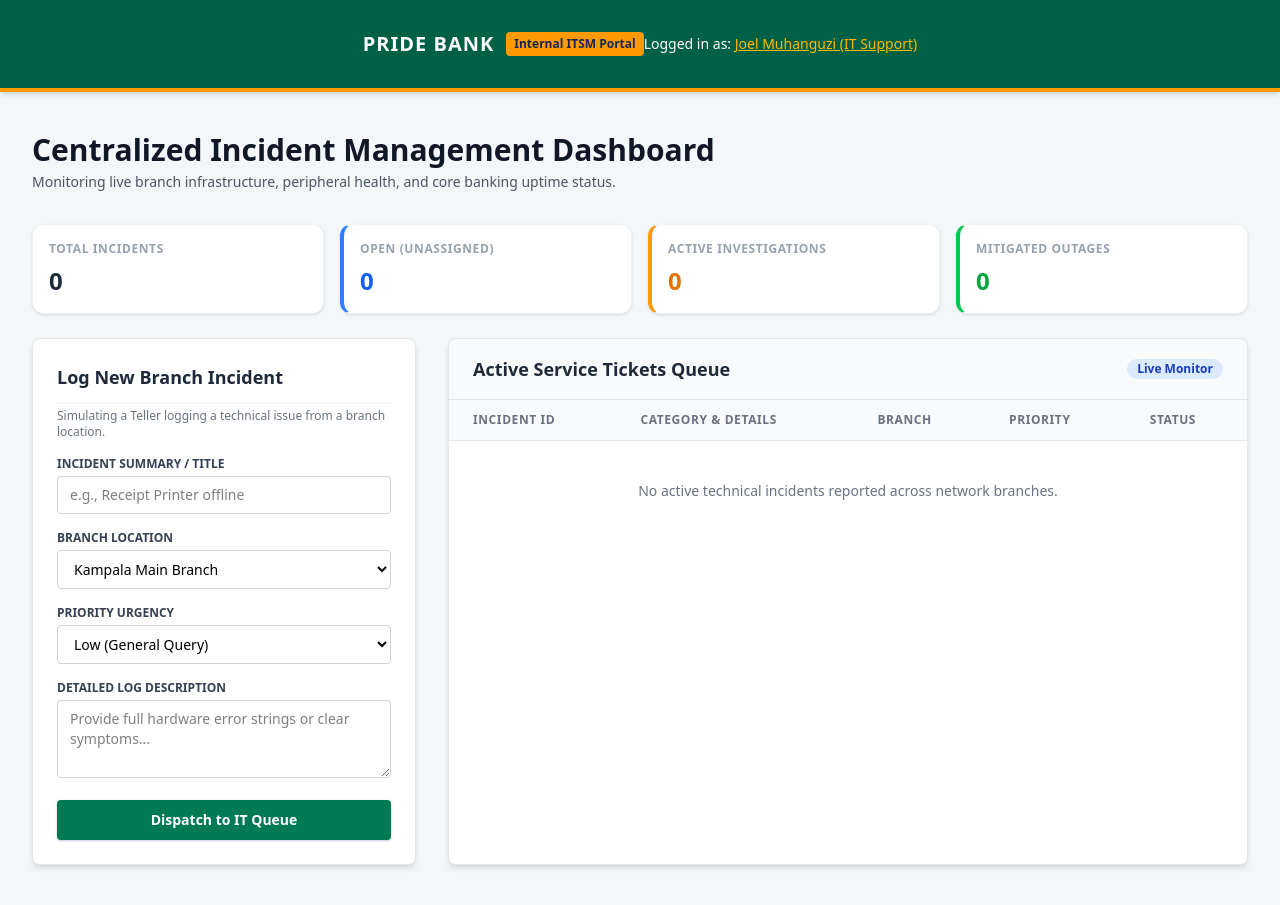
Repository: JOELAGABA/Ticket-reporting-system-for-bank-IT-support-environment-
Page: http://localhost/dashboard
The author's editor kept a copy of each file at every save. The page is drawn from the files as they stood at one save, then again after the next save.
The browser window is 1280 px wide. The pictures show the whole page.
The page is served by the project's Laravel application, run on PHP 8.4 with Laravel 12. Other server files are loaded and not shown. Queries for data that is not in the repository find no rows.

Above is the page before, as saved 2026-07-13 10:38:33.

### routes/web.php
<?php

use Illuminate\Support\Facades\Route;
use App\Http\Controllers\TicketController;

Route::get('/', function () {
    return view('welcome');
});

// The main IT dashboard view route
Route::get('/dashboard', [TicketController::class, 'index'])->name('dashboard');
// Route for submitting a new IT incident ticket
Route::post('/tickets', [TicketController::class, 'store'])->name('tickets.store');
// Route for updating an incident's operational status inline
Route::patch('/tickets/{ticket}/status', [TicketController::class, 'updateStatus'])->name('tickets.updateStatus');

### app/Http/Controllers/TicketController.php
<?php

namespace App\Http\Controllers;

use App\Models\Ticket;
use App\Models\User;
use Illuminate\Http\Request;

class TicketController extends Controller
{
    /**
     * Display the IT Support Dashboard.
     */
    /**
     * Display the IT Support Dashboard with real-time metrics counters.
     */
    public function index()
    {
        // 1. Fetch all tickets
        $tickets = Ticket::with(['creator', 'assignee'])->orderBy('priority', 'desc')->get();

        // 2. Compute dynamic operational metrics
        $metrics = [
            'total'       => $tickets->count(),
            'open'        => $tickets->where('status', 'Open')->count(),
            'in_progress' => $tickets->where('status', 'In Progress')->count(),
            'resolved'    => $tickets->where('status', 'Resolved')->count(),
        ];

        return view('dashboard', compact('tickets', 'metrics'));
    }

    /**
     * Store a newly created incident ticket in the database.
     */
    public function store(Request $request)
    {
        // 1. Validate the incoming form data
        $validated = $request->validate([
            'title' => 'required|string|max:255',
            'description' => 'required|string',
            'branch_location' => 'required|string|max:255',
            'priority' => 'required|in:Low,Medium,High,Critical',
        ]);

        // 2. Mock the currently logged-in creator for the prototype.
        // We will default this to Sarah (the Teller user we seeded) to simulate a branch reporting it.
        $teller = User::where('role', 'Teller')->first();

        // 3. Create the ticket record
        Ticket::create([
            'title' => $validated['title'],
            'description' => $validated['description'],
            'branch_location' => $validated['branch_location'],
            'priority' => $validated['priority'],
            'status' => 'Open',
            'category' => 'Hardware Outage',
            'user_id' => $teller ? $teller->id : 1,
            'assigned_to' => null,
        ]);

        // 4. Redirect back to the dashboard with a success banner notice
        return redirect()->route('dashboard')->with('success', 'Incident ticket logged successfully into central systems!');
    }

    /**
     * Update the operational status of an existing incident ticket inline.
     */
    public function updateStatus(Request $request, Ticket $ticket)
    {
        // 1. Validate that the incoming status is one of our allowed lifecycle steps
        $validated = $request->validate([
            'status' => 'required|in:Open,In Progress,Resolved',
        ]);

        // 2. If the ticket is being worked on or resolved, assign it to the IT technician.
        // We will default this to the IT Support user for simulation purposes.
        if ($validated['status'] !== 'Open' && !$ticket->assigned_to) {
            $itStaff = User::where('role', 'IT Support')->first();
            $ticket->assigned_to = $itStaff ? $itStaff->id : null;
        } elseif ($validated['status'] === 'Open') {
            // If flipped back to open, clear the assignee
            $ticket->assigned_to = null;
        }

        // 3. Save the status change
        $ticket->update([
            'status' => $validated['status']
        ]);

        // 4. Redirect back to monitor view with a notification
        return redirect()->route('dashboard')->with('success', "Ticket #INC-" . str_pad($ticket->id, 4, '0', STR_PAD_LEFT) . " lifecycle status modified!");
    }
}

### app/Models/ticket.php
<?php

namespace App\Models;

use Illuminate\Database\Eloquent\Factories\HasFactory;
use Illuminate\Database\Eloquent\Model;
use Illuminate\Database\Eloquent\Relations\BelongsTo;
use Illuminate\Database\Eloquent\Relations\HasMany;

class Ticket extends Model
{
    use HasFactory;

    protected $fillable = [
        'title', 'description', 'category', 'priority', 'status', 'branch_location', 'user_id', 'assigned_to'
    ];

    // The Teller who created the ticket
    public function creator(): BelongsTo
    {
        return $this->belongsTo(User::class, 'user_id');
    }

    // The IT Support Staff assigned to it
    public function assignee(): BelongsTo
    {
        return $this->belongsTo(User::class, 'assigned_to');
    }

    // The comments attached to this ticket
    public function comments(): HasMany
    {
        return $this->hasMany(TicketComment::class);
    }
}

### resources/views/dashboard.blade.php
<!DOCTYPE html>
<html lang="en">
<head>
    <meta charset="UTF-8">
    <meta name="viewport" content="width=device-width, initial-scale=1.0">
    <title>Pride Bank - Internal IT Support Portal</title>
    <script src="https://cdn.jsdelivr.net/npm/@tailwindcss/browser@4"></script>
</head>
<body class="bg-slate-100/80 font-sans antialiased min-h-screen">

    <!-- Top Navigation Bar -->
    <nav class="bg-emerald-800 border-b-4 border-amber-500 text-white px-6 py-3 shadow-md flex justify-between items-center">
        <div class="max-w-7xl mx-auto px-4 sm:px-6 lg:px-8">
            <div class="flex items-center justify-between h-16">
                <div class="flex items-center">
                    <span class="text-xl font-bold tracking-wider">PRIDE BANK</span>
                    <span class="ml-3 px-2 py-1 text-xs bg-amber-500 text-blue-950 font-semibold rounded">Internal ITSM Portal</span>
                </div>
                <div class="text-sm font-medium">
                    Logged in as: <span class="underline text-amber-400">Joel Muhanguzi (IT Support)</span>
                </div>
            </div>
        </div>
    </nav>

    <!-- Main Content Layout -->
    <main class="max-w-7xl mx-auto py-10 px-4 sm:px-6 lg:px-8">

        <!-- Welcome Header -->
        <div class="mb-8">
            <h1 class="text-3xl font-bold text-gray-900">Centralized Incident Management Dashboard</h1>
            <p class="text-sm text-gray-600 mt-1">Monitoring live branch infrastructure, peripheral health, and core banking uptime status.</p>
        </div>

        <!-- System Success Alerts -->
        @if(session('success'))
            <div class="mb-6 p-4 bg-green-100 border-l-4 border-green-500 text-green-700 rounded shadow-sm text-sm font-medium">
                {{ session('success') }}
            </div>
        @endif

        <!-- Real-Time Infrastructure Health Metrics Grid -->
<div class="grid grid-cols-1 md:grid-cols-4 gap-4 mb-6">
    <!-- Total Tickets -->
    <div class="bg-white p-4 rounded-xl border border-gray-100 shadow-sm flex flex-col justify-between">
        <span class="text-xs font-semibold text-gray-400 uppercase tracking-wider">Total Incidents</span>
        <span class="text-2xl font-bold text-gray-800 mt-2">{{ $metrics['total'] }}</span>
    </div>

    <!-- Open Tickets -->
    <div class="bg-white p-4 rounded-xl border border-l-4 border-l-blue-500 border-gray-100 shadow-sm flex flex-col justify-between">
        <span class="text-xs font-semibold text-gray-400 uppercase tracking-wider">Open (Unassigned)</span>
        <span class="text-2xl font-bold text-blue-600 mt-2">{{ $metrics['open'] }}</span>
    </div>

    <!-- In Progress Tickets -->
    <div class="bg-white p-4 rounded-xl border border-l-4 border-l-amber-500 border-gray-100 shadow-sm flex flex-col justify-between">
        <span class="text-xs font-semibold text-gray-400 uppercase tracking-wider">Active Investigations</span>
        <span class="text-2xl font-bold text-amber-600 mt-2">{{ $metrics['in_progress'] }}</span>
    </div>

    <!-- Resolved Tickets -->
    <div class="bg-white p-4 rounded-xl border border-l-4 border-l-green-500 border-gray-100 shadow-sm flex flex-col justify-between">
        <span class="text-xs font-semibold text-gray-400 uppercase tracking-wider">Mitigated Outages</span>
        <span class="text-2xl font-bold text-green-600 mt-2">{{ $metrics['resolved'] }}</span>
    </div>
</div>

        <!-- Grid Layout for Form & Live Monitor -->
        <div class="grid grid-cols-1 lg:grid-cols-3 gap-8">

            <!-- Left Side: Incident Reporting Form Card -->
            <div class="bg-white shadow-md rounded-lg border border-gray-200 p-6 h-fit">
                <h2 class="text-lg font-bold text-gray-800 mb-1 border-b border-gray-100 pb-3">Log New Branch Incident</h2>
                <p class="text-xs text-gray-500 mb-4">Simulating a Teller logging a technical issue from a branch location.</p>

                <form action="{{ route('tickets.store') }}" method="POST" class="space-y-4">
                    @csrf
                    <div>
                        <label class="block text-xs font-semibold text-gray-700 uppercase mb-1">Incident Summary / Title</label>
                        <input type="text" name="title" placeholder="e.g., Receipt Printer offline" required
                            class="w-full text-sm border border-gray-300 rounded px-3 py-2 focus:outline-none focus:border-blue-500">
                    </div>

                    <div>
                        <label class="block text-xs font-semibold text-gray-700 uppercase mb-1">Branch Location</label>
                        <select name="branch_location" required class="w-full text-sm border border-gray-300 rounded px-3 py-2 focus:outline-none focus:border-blue-500">
                            <option value="Kampala Main Branch">Kampala Main Branch</option>
                            <option value="Jinja Branch">Jinja Branch</option>
                            <option value="Entebbe Branch">Entebbe Branch</option>
                            <option value="Mbarara Branch">Mbarara Branch</option>
                        </select>
                    </div>

                    <div>
                        <label class="block text-xs font-semibold text-gray-700 uppercase mb-1">Priority Urgency</label>
                        <select name="priority" required class="w-full text-sm border border-gray-300 rounded px-3 py-2 focus:outline-none focus:border-blue-500">
                            <option value="Low">Low (General Query)</option>
                            <option value="Medium">Medium (Operational Flaw)</option>
                            <option value="High">High (Hardware Outage)</option>
                            <option value="Critical">Critical (Core System Down)</option>
                        </select>
                    </div>

                    <div>
                        <label class="block text-xs font-semibold text-gray-700 uppercase mb-1">Detailed Log Description</label>
                        <textarea name="description" rows="3" placeholder="Provide full hardware error strings or clear symptoms..." required
                            class="w-full text-sm border border-gray-300 rounded px-3 py-2 focus:outline-none focus:border-blue-500"></textarea>
                    </div>

                    <button type="submit" class="w-full bg-emerald-700 hover:bg-emerald-800 text-white font-semibold text-sm py-2.5 px-4 rounded transition-colors shadow shadow-blue-900/20">
                        Dispatch to IT Queue
                    </button>
                </form>
            </div>

            <!-- Right Side: Active Service Tickets Monitor Table -->
            <div class="lg:grid-cols-1 lg:col-span-2 bg-white shadow-md rounded-lg overflow-hidden border border-gray-200">
                <div class="bg-gray-50 px-6 py-4 border-b border-gray-200 flex justify-between items-center">
                    <h2 class="text-lg font-semibold text-gray-800">Active Service Tickets Queue</h2>
                    <span class="px-2.5 py-0.5 text-xs font-semibold bg-blue-100 text-blue-800 rounded-full">Live Monitor</span>
                </div>

                <div class="overflow-x-auto">
                    <table class="min-w-full divide-y divide-gray-200">
                        <thead class="bg-gray-50 text-left text-xs font-medium text-gray-500 uppercase tracking-wider">
                            <tr>
                                <th class="px-6 py-3">Incident ID</th>
                                <th class="px-6 py-3">Category & Details</th>
                                <th class="px-6 py-3">Branch</th>
                                <th class="px-6 py-3">Priority</th>
                                <th class="px-6 py-3">Status</th>
                            </tr>
                        </thead>
                        <tbody class="bg-white divide-y divide-gray-200 text-sm">
                            @forelse($tickets as $ticket)
                                <tr class="hover:bg-gray-50 transition-colors">
                                    <td class="px-6 py-4 whitespace-nowrap font-mono text-gray-600 font-bold">
                                        #INC-{{ str_pad($ticket->id, 4, '0', STR_PAD_LEFT) }}
                                    </td>
                                    <td class="px-6 py-4">
                                        <div class="font-semibold text-gray-900">{{ $ticket->title }}</div>
                                        <div class="text-gray-500 text-xs mt-0.5">{{ $ticket->description }}</div>
                                        <div class="text-xs text-gray-400 mt-1">Reported by: {{ $ticket->creator->name ?? 'System' }} ({{ $ticket->creator->role ?? 'User' }})</div>
                                    </td>
                                    <td class="px-6 py-4 whitespace-nowrap text-gray-700 text-xs">
                                        {{ $ticket->branch_location }}
                                    </td>
                                    <td class="px-6 py-4 whitespace-nowrap">
                                        @if($ticket->priority === 'Critical')
                                            <span class="px-2 py-0.5 text-[10px] font-bold rounded bg-red-100 text-red-800 animate-pulse border border-red-200">CRITICAL</span>
                                        @elseif($ticket->priority === 'High')
                                            <span class="px-2 py-0.5 text-[10px] font-semibold rounded bg-orange-100 text-orange-800">HIGH</span>
                                        @elseif($ticket->priority === 'Medium')
                                            <span class="px-2 py-0.5 text-[10px] font-semibold rounded bg-yellow-100 text-yellow-800">MEDIUM</span>
                                        @else
                                            <span class="px-2 py-0.5 text-[10px] font-semibold rounded bg-green-100 text-green-800">LOW</span>
                                        @endif
                                    </td>
                                    <td class="px-6 py-4 whitespace-nowrap">
                                        <form action="{{ route('tickets.updateStatus', $ticket->id) }}" method="POST" class="inline-block">
                                            @csrf
                                            @method('PATCH')
                                            <select name="status" onchange="this.form.submit()"
                                                class="text-xs font-semibold rounded-full px-2.5 py-1 focus:outline-none border border-transparent cursor-pointer
                                                @if($ticket->status === 'Open') bg-blue-100 text-blue-700 border-blue-200
                                                @elseif($ticket->status === 'In Progress') bg-amber-100 text-amber-700 border-amber-200
                                                @else bg-green-100 text-green-700 border-green-200 @endif">
                                                <option value="Open" {{ $ticket->status === 'Open' ? 'selected' : '' }}>Open</option>
                                                <option value="In Progress" {{ $ticket->status === 'In Progress' ? 'selected' : '' }}>In Progress</option>
                                                <option value="Resolved" {{ $ticket->status === 'Resolved' ? 'selected' : '' }}>Resolved</option>
</select>
</form>
                                    </td>
                                </tr>
                            @empty
                                <tr>
                                    <td colspan="5" class="px-6 py-10 text-center text-gray-500">
                                        No active technical incidents reported across network branches.
                                    </td>
                                </tr>
                            @endforelse
                        </tbody>
                    </table>
                </div>
            </div>

        </div>
    </main>

</body>
</html>

Loaded but not shown: app/Http/Controllers/Controller.php (common file)

After the next save:
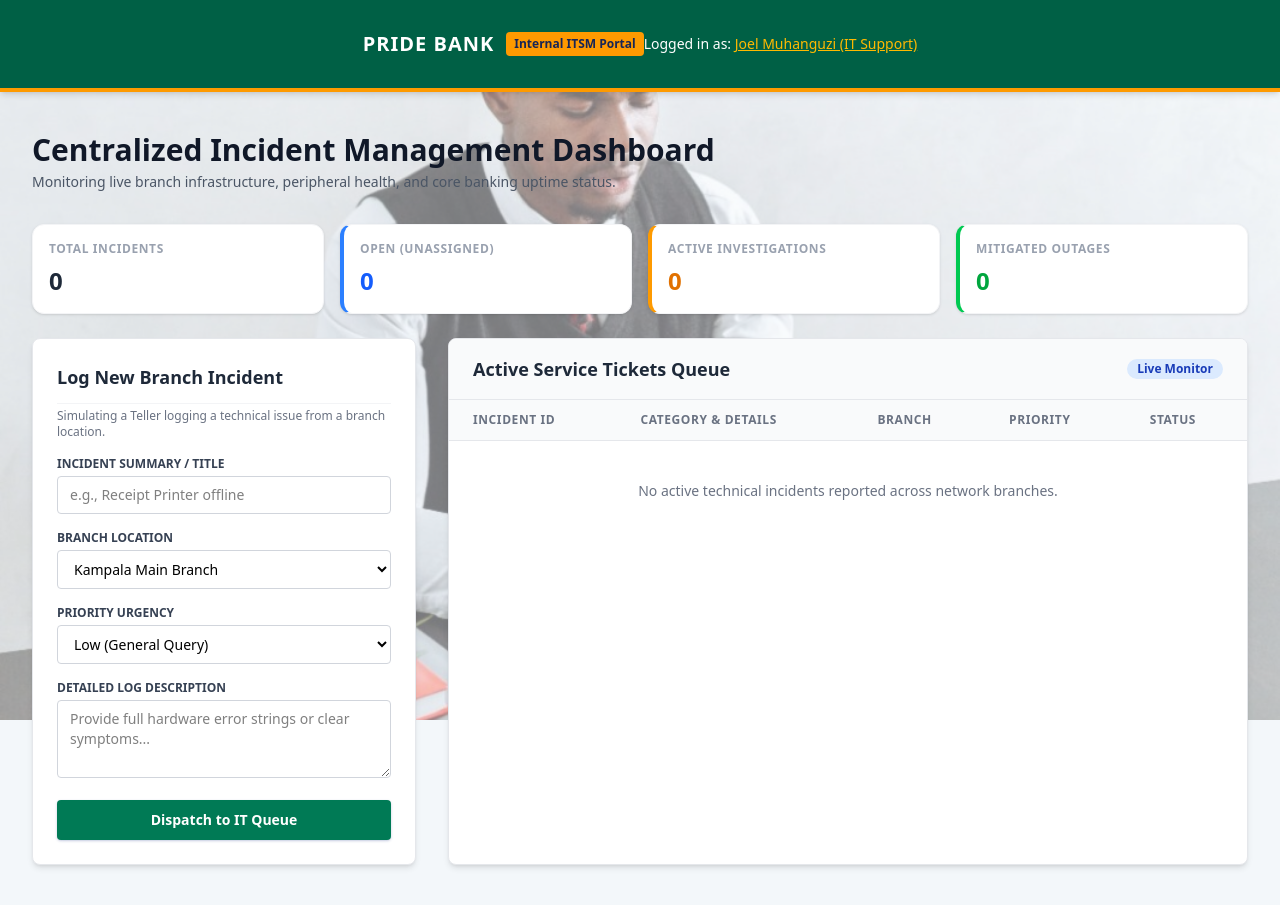
Saved 9 min 39 s later.
--- a/resources/views/dashboard.blade.php
+++ b/resources/views/dashboard.blade.php
@@ -5,6 +5,23 @@
     <meta name="viewport" content="width=device-width, initial-scale=1.0">
     <title>Pride Bank - Internal IT Support Portal</title>
     <script src="https://cdn.jsdelivr.net/npm/@tailwindcss/browser@4"></script>
+    <style>
+        /* Creates a muted background overlay fixed behind everything */
+        body::before {
+            content: "";
+            position: fixed;
+            top: 0;
+            left: 0;
+            width: 100%;
+            height: 100%;
+            z-index: -1; /* Puts it completely behind your text/cards */
+            background-image: url('{{ asset("background.jpeg") }}');
+            background-size: cover;
+            background-position: center;
+            background-repeat: no-repeat;
+            opacity: 0.50; /* Set intensity to exactly 50% capacity */
+        }
+    </style>
 </head>
 <body class="bg-slate-100/80 font-sans antialiased min-h-screen">
 
